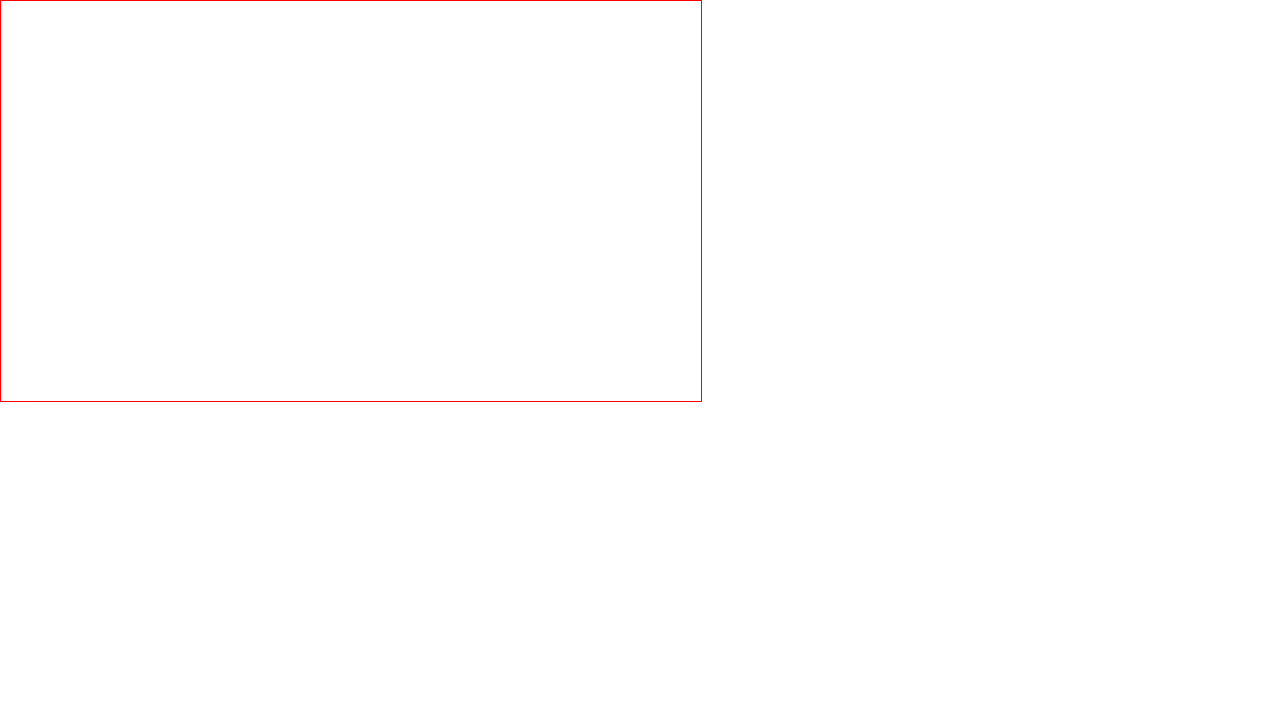
Repository: kocokoy/TOP-tic-tac-toe
Page: index.html
The author's editor kept a copy of each file at every save. The page is drawn from the files as they stood at one save, then again after the next save.
The browser window is 1280 px wide. The pictures show the whole page.

Above is the page before, as saved 2024-11-07 14:19:33.

### index.html
<!DOCTYPE html>
<html lang="en">
<head>
  <meta charset="UTF-8">
  <meta name="viewport" content="width=device-width, initial-scale=1.0">
  <link rel="stylesheet" href="/styles/style.css">
  <title>Document</title>
</head>
<body>
 <div class='container'>
  <div class="gameboard">

  </div>
 </div>
<script src="/javascripts/scripts.js"></script>
</body>
</html>

### styles/style.css
body{
  padding: 0;
  margin: 0;
  height: 100vh;
}
.container{
  height:100%;
}
.gameboard{
  display: grid;
  grid-template-columns: 1fr 1fr 1fr;
  border: 1px solid red;
  width: 700px;
  height: 400px;
}

### javascripts/scripts.js
const gameBoardElement = document.querySelector('.gameboard');

const gameBoard = {
  gameBoard : []
}
const players = {
  player1: 'X',
  player2: 'O',
}

startGame();
function startGame(){
  createGameBoard()
}
function createGameBoard(){
  for(let i = 0; i < 9; i++){
    const div = document.createElement('div');
    gameBoardElement.appendChild(div);
  }
}

After the next save:
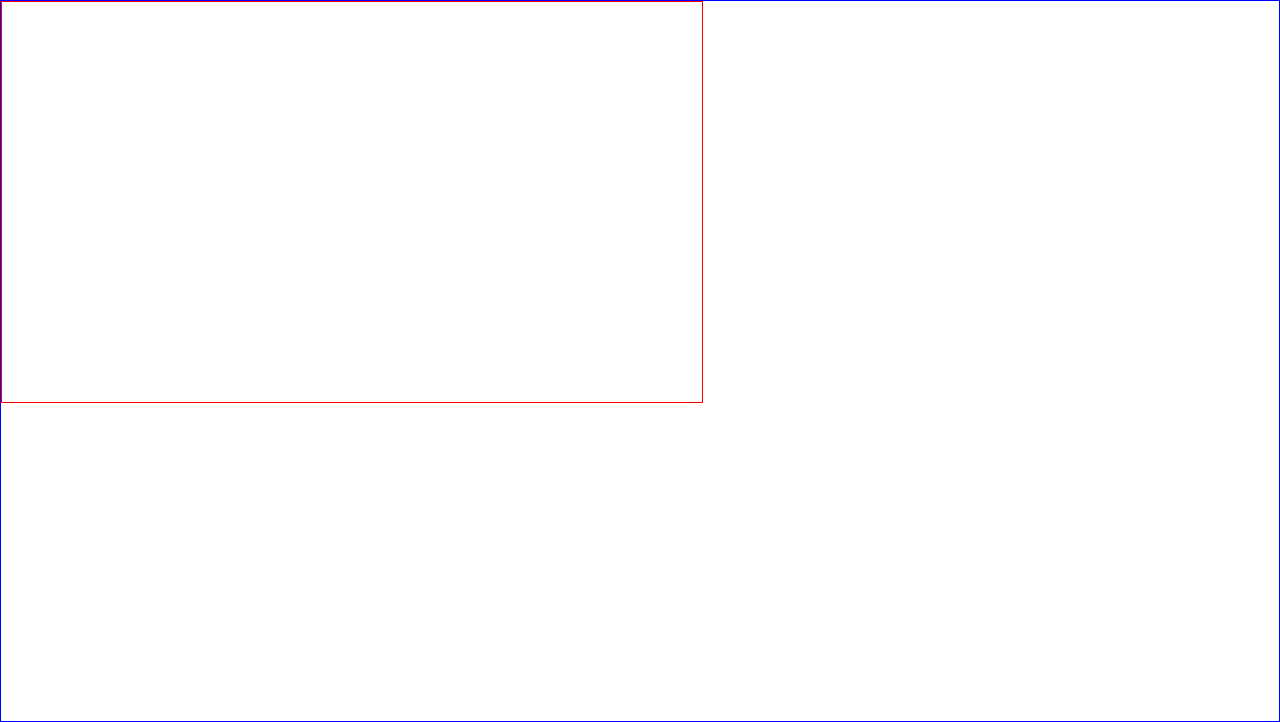
Saved 14 s later.
--- a/styles/style.css
+++ b/styles/style.css
@@ -4,6 +4,7 @@ body{
   height: 100vh;
 }
 .container{
+  border: 1px solid blue;
   height:100%;
 }
 .gameboard{
